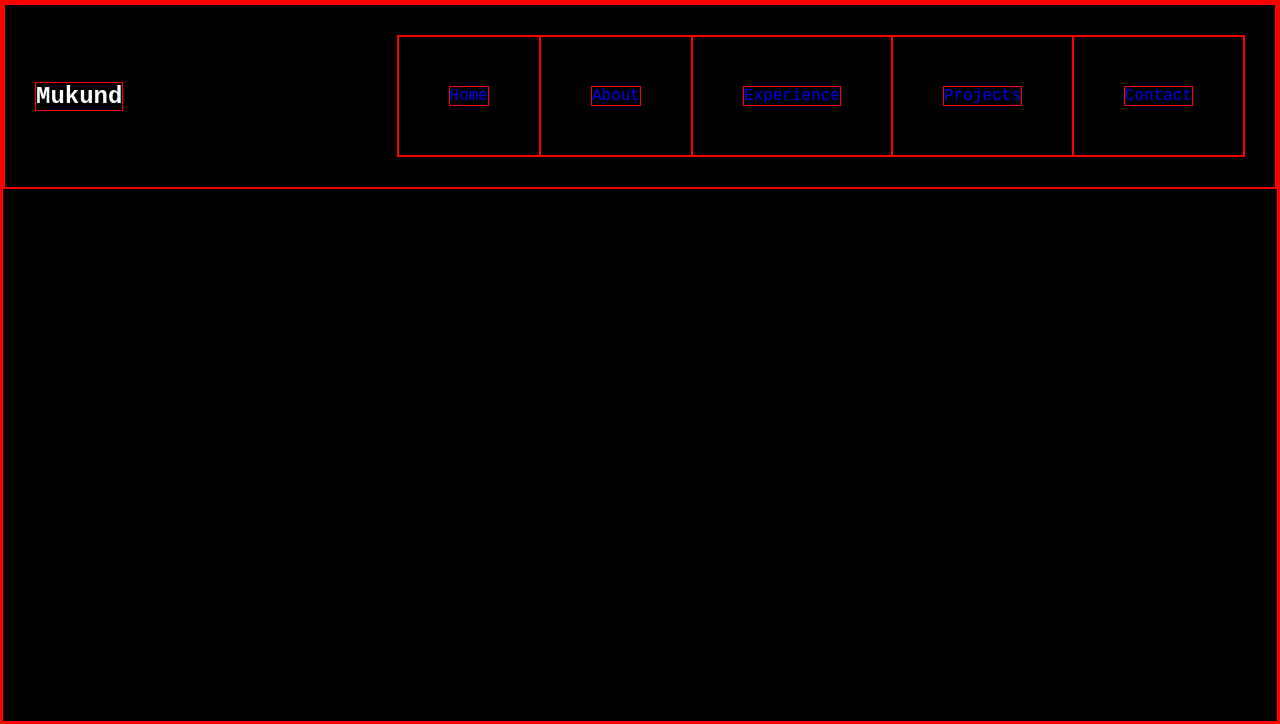
Repository: mukundgangurde/expense-tracker
Page: index.html
These files come from the project's save history. The page is drawn as it stood at one moment and after a run of saves; the edit follows.
The browser window is 1280 px wide. The pictures show the whole page.

Above is the page before, as saved 2025-11-02 17:34:28.

### index.html
<!DOCTYPE html>
<html lang="en">
<head>
  <meta charset="UTF-8">
  <meta name="viewport" content="width=device-width, initial-scale=1.0">
  <title>Portfolio - Mukund Gangurde</title>
  <link rel="stylesheet" href="style.css">
</head>
<body>
  <div id="header">
    <div id="container">
      <nav>
        <h1>Mukund</h1>
        <ul>
          <li><a href="#">Home</a></li>
          <li><a href="#">About</a></li>
          <li><a href="#">Experience</a></li>
          <li><a href="#">Projects</a></li>
          <li><a href="#">Contact</a></li>
        </ul>
      </nav>
    </div>
  </div>

</body>
</html>

### style.css
* {
  margin: 0;
  padding: 0;
  font-family: 'Courier New', Courier, monospace;
  box-sizing: border-box;
  border: 1px solid red;
}

body {
  background-color: black;
  color: white;
}

#header {
  width : 100%;
  height: 100vh;
  /* background-image: url(images/background.img); */
  /* background-size: cover; */
  /* background-position: center; */
}

nav {
  display: flex;
  justify-content: space-between;
  align-items: center;
  padding: 30px;
}

ul {
  display: flex;
  justify-content: space-between;
}

li {
  list-style-type: none;
  padding: 50px;
}

a {
  text-decoration: none;
}

After the next 4 saves:
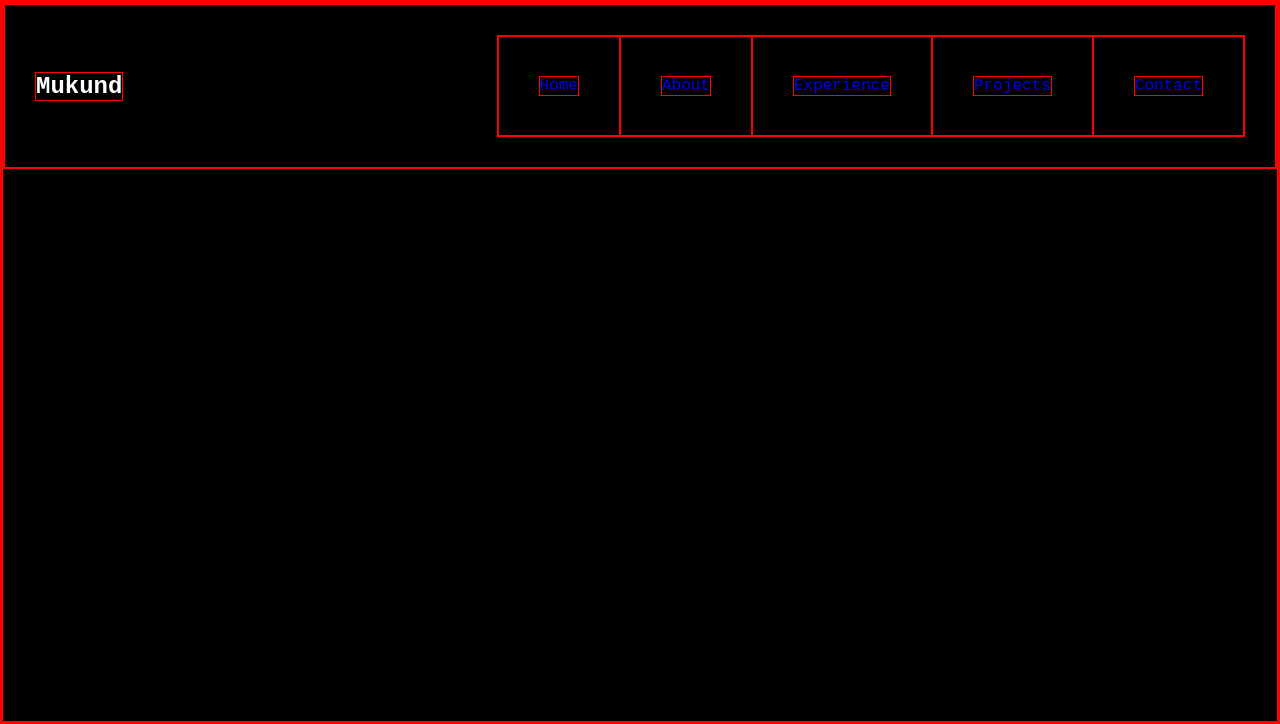
The 4 saves are shown as one change because they came seconds apart.
The last was saved 11 s later.
--- a/style.css
+++ b/style.css
@@ -33,7 +33,7 @@ ul {
 
 li {
   list-style-type: none;
-  padding: 50px;
+  padding: 40px;
 }
 
 a {
